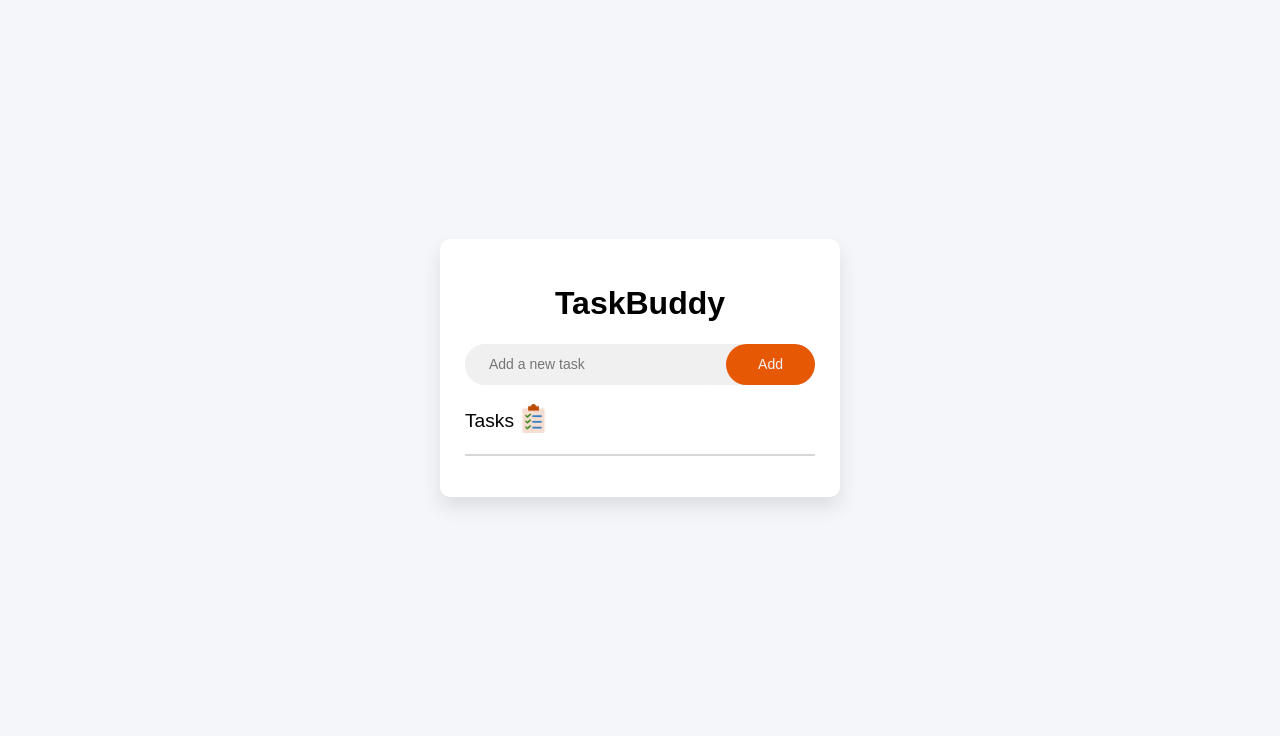
Repository: yogeshnandwani/taskbuddy-todo
Page: index.html
These files come from the project's save history. The page is drawn as it stood at one moment and after the next save; the edit follows.
The browser window is 1280 px wide. The pictures show the whole page.
The pointer rests on the first visible `#addBtn`.

Above is the page before, as saved 2026-03-16 20:57:08.

### index.html
<!DOCTYPE html>
<html lang="en">
<head>
<meta charset="UTF-8">
<title>TaskBuddy</title>
<link rel="stylesheet" href="css/style.css">
</head>

<body>

<div class="app">

<h1>TaskBuddy</h1>

<div class="task-input">
<input type="text" id="taskInput" placeholder="Add a new task">
<button id="addBtn">Add</button>
</div>

<h3 class="task-heading">Tasks <span>
    <img src="images/tasks.png" alt="">
</span></h3>
<ul id="taskList">
</ul>

</div>

<script src="js/script.js"></script>

</body>
</html>

### css/style.css
body{
    font-family: Arial, sans-serif;
    background:#f4f6f9;
    display:flex;
    justify-content:center;
    align-items:center;
    height:100vh;
}

.app{
    background:white;
    padding:25px;
    border-radius:10px;
    width:350px;
    box-shadow:0 10px 20px rgba(0,0,0,0.1);
}

h1{
    text-align:center;
}

.task-input{
    display:flex;
    border-radius: 50px;
    background-color: #f0f0f0;
}

input{
    flex:1;
    padding:8px;
    border: none;
    border-radius: 50px;
    padding: 0.8rem 1.5rem;
    background-color: #f0f0f0;
    font-size: 14px;
}

input:focus{
    outline: none;
}

#addBtn{
    padding:0.8rem 2rem;
    border: none;
    border-radius: 50px;
    background-color: #e75805;
    color: #f4f6f9;
    cursor:pointer;
    font-size: 14px;
}

ul{
    display: flex;
    padding: 0;
    flex-direction: column;
    justify-content: center;
    align-items: center;
    border-top: 1px solid #00000027;
    border-bottom: 1px solid #00000027;
}

.task-heading{
    align-self: flex-start;
    font-weight: 500;
    margin-bottom: 5px;
    color: #000;
    display: flex;
    align-items: center;
    font-size: 1.2rem;
    gap: 5px;
}

.task-heading span{
    width: 16px;
}

.task-heading span img{
    width: 1.8rem;
    height: auto;
    object-fit: contain;
}

li{
    display: flex;
    align-items: center;
    padding: 12px 0;
    justify-content: space-between;
    width: 100%;
    display:flex;
    justify-content:space-between;
    color: #333;
}

li:not(:last-child){
    border-bottom: 1px solid #00000027;
}

li .delete {
    width: 1.5rem;
    height: 1.5rem;
    border: none;
    background-color: transparent;
    display: flex;
    align-items: center;
    justify-content: center;
    cursor: pointer;
    border-radius: 50%;
}

li .delete img {
    width: 1.5rem;
    height: auto;
    object-fit: contain;
    border-radius: 50%;
    filter: saturate(0);
    transition: all 0.1s ease-in;
}

li .delete:hover img{
    filter: saturate(1);
}

.task-left{
    display: flex;
    align-items: center;
}

.task-left input:checked{
    width: 0.9rem;
    height: 0.9rem;
    accent-color: #026804;
    cursor: pointer;
}

.check{
    margin-right:10px;
}

.completed{
    text-decoration: line-through;
    color: #026804;
    opacity: 0.6;
}

### js/script.js
const input = document.getElementById("taskInput")
const addBtn = document.getElementById("addBtn")
const list = document.getElementById("taskList")
let tasks = JSON.parse(localStorage.getItem("tasks")) || []

addBtn.addEventListener("click", addTask)

function addTask() {
    const taskText = input.value.trim()

    if (taskText === "") return

    tasks.push({
        text: taskText,
        done: false
    })

    saveTasks()

    input.value = ""
}

function saveTasks(){
    localStorage.setItem("tasks", JSON.stringify(tasks))
    renderTasks()
}

function renderTasks(){
    list.innerHTML = ""

    tasks.forEach(task => {

        const li = document.createElement("li")

        if(task.done){
            li.classList.add("completed")
        }

        li.innerHTML = `
        <div class="task-left">
            <input type="checkbox" class="check" ${task.done ? "checked" : ""}>
            <span>${task.text}</span>
        </div>
        <button class="delete">
            <img src="images/delete.png" alt="Delete icon">
        </button>
        `

        list.appendChild(li)
    })
}

list.addEventListener("click", function(e){
    if(e.target.classList.contains("check")){

        const index = [...list.children].indexOf(e.target.closest("li"))

        tasks[index].done = e.target.checked

        saveTasks()
    }

    const deleteBtn = e.target.closest(".delete")

    if(deleteBtn){

        const index = [...list.children].indexOf(deleteBtn.parentElement)

        tasks.splice(index,1)

        saveTasks()
    }
})

renderTasks()

After the next save:
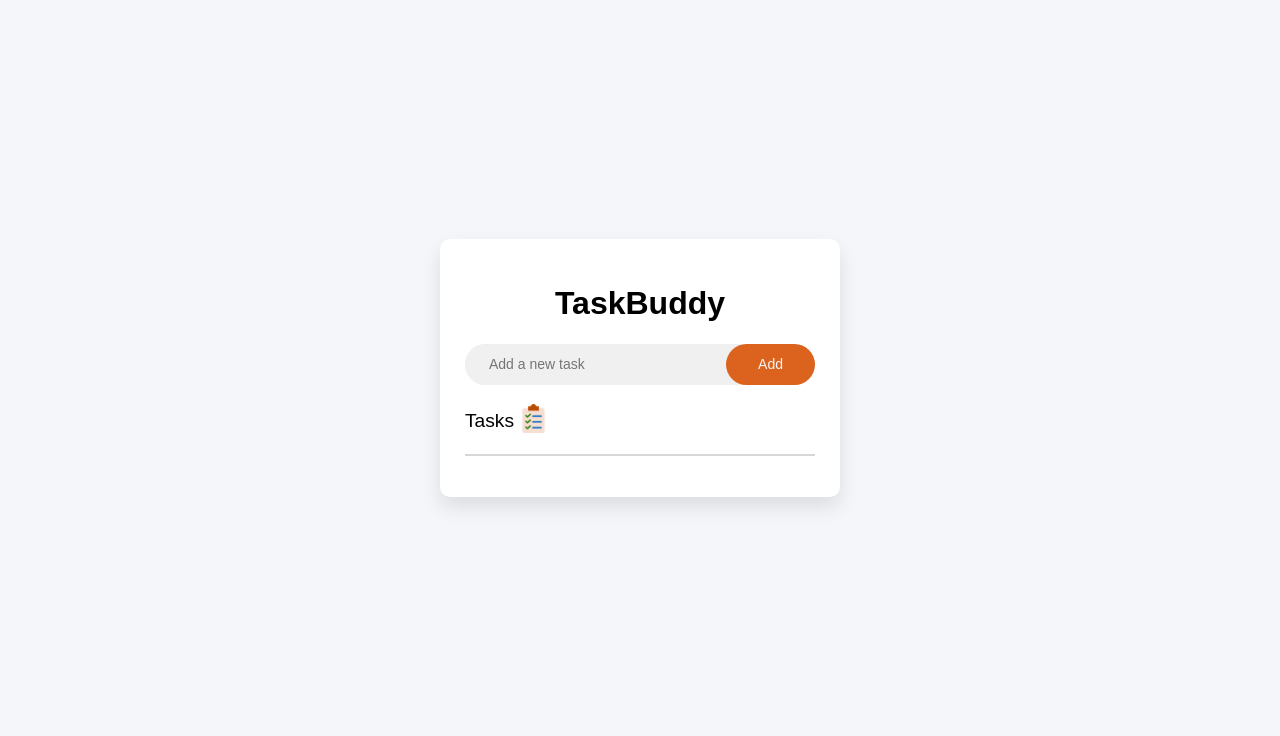
Saved 15 h 52 min later.
--- a/css/style.css
+++ b/css/style.css
@@ -47,6 +47,10 @@
     color: #f4f6f9;
     cursor:pointer;
     font-size: 14px;
+}
+
+#addBtn:hover{
+    background-color: #dc631d;
 }
 
 ul{

After the save that followed:
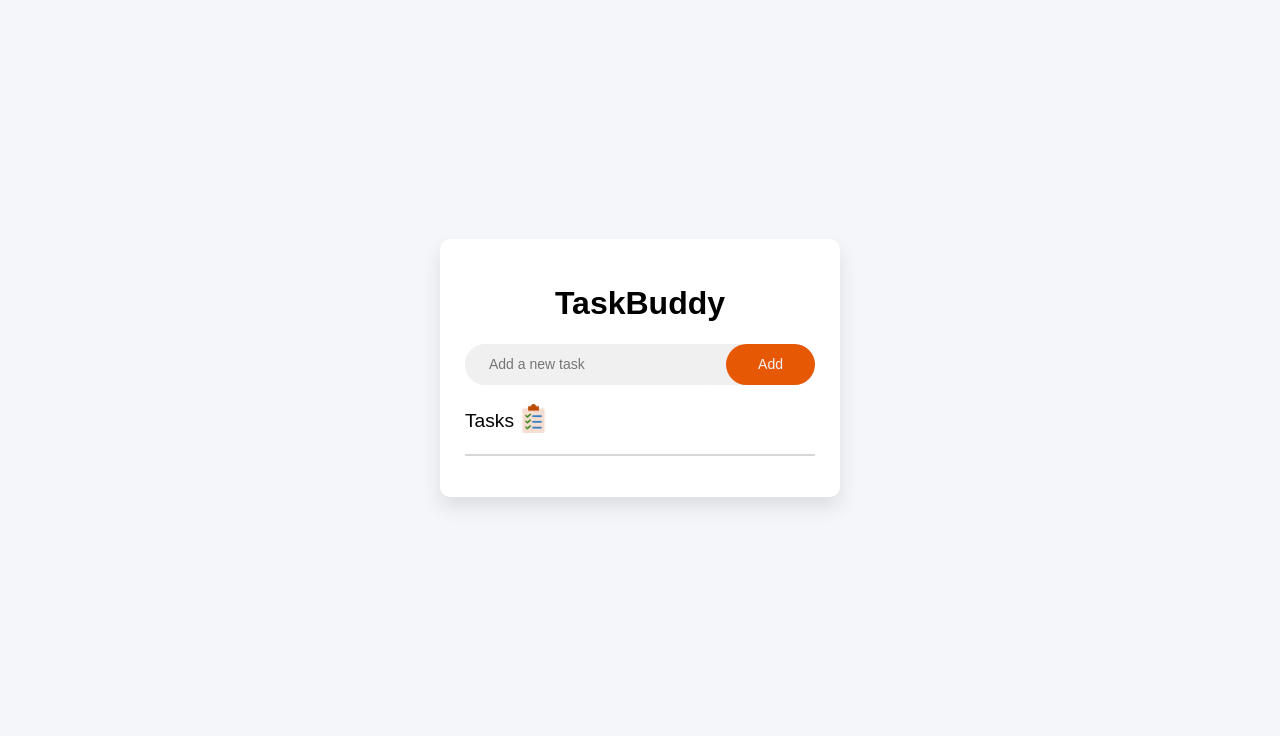
Saved 7 s later.
--- a/css/style.css
+++ b/css/style.css
@@ -50,7 +50,7 @@
 }
 
 #addBtn:hover{
-    background-color: #dc631d;
+    background-color: #e75805;
 }
 
 ul{
